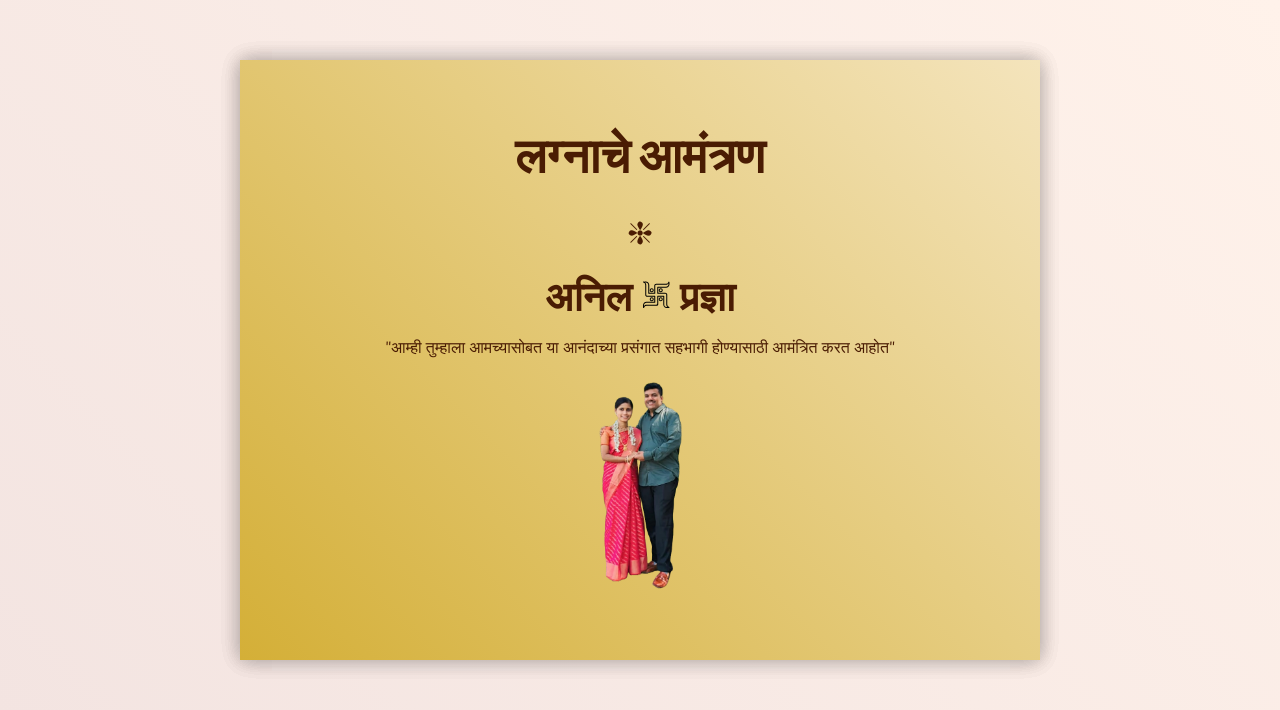
Repository: abhibkop27/finalwedding
Page: index.html
The author's editor kept a copy of each file at every save. The page is drawn from the files as they stood at one save, then again after the next save.
The browser window is 1280 px wide. The pictures show the whole page.

Above is the page before, as saved 2025-02-18 13:00:44.

### index.html
<!DOCTYPE html>
<html lang="mr">
<head>
    <meta charset="UTF-8">
    <meta name="viewport" content="width=device-width, initial-scale=1.0">
    <title>लग्नाची आमंत्रण</title>
    <link rel="stylesheet" href="style.css">
    <link href="https://fonts.googleapis.com/css2?family=Great+Vibes&family=Lora:ital@1&display=swap" rel="stylesheet">
</head>
<body>
    <div class="book">

        <div class="page cover active">
            <div class="content">
                <h1>लग्नाचे आमंत्रण</h1>
                <div class="ornament">❈</div>
                <h2 class="main-name">अनिल <img class="main-name" src="./asstes/pics/swastik.svg" alt="" style="height: 2rem;"> प्रज्ञा </h2>
                <p>"आम्ही तुम्हाला आमच्यासोबत या आनंदाच्या प्रसंगात सहभागी होण्यासाठी आमंत्रित करत आहोत"</p>
                <img src="./asstes/pics/Adobe Express - file.png" alt="वेडिंग" style="height: 14rem;">
            </div>
        </div>

        <div class="page">
            <div class="content">
                <h2>लग्न समारंभ</h2>
                <p class="date">२० फेब्रुवारी, २०२५</p>
                <p class="time">१२:२१ पीएम पासून</p>
                <div class="venue">
                    <h3>स्थळ</h3>
                    <p>रेशिमगाठी सांस्कृतिक भवन</p>
                    <a href="https://maps.app.goo.gl/dHfJvonCVZ4RNg2w9" target="_blank" class="map-link">स्थान पाहा</a>
                </div>
            </div>
        </div>

        <div class="page">
            <div class="content">
                <h2>आशीर्वादासह</h2>
                <div class="family-details">
                    <div class="family-grid">
                        <div class="family-section">
                            <h3>वराचे पालक</h3>
                            <p class="elder-name">श्री लक्ष्मण पारगोंडा देवकी</p>
                            <p class="elder-name">श्रीमती बासलिंग्वा लक्ष्मण देवकी</p>
                            <p class="relation">(वराचे पालक)</p>
                        </div>
                        <div class="ornament">❈</div>

                        <div class="family-section">
                            <h3>मुलीचे पालक</h3>
                            <p class="elder-name">श्री संजय काशिनाथ घाटे</p>
                            <p class="elder-name">श्रीमती देविका संजय घाटे</p>
                            <p class="relation">(मुलीचे पालक)</p>
                        </div>
                    </div>
                </div>
            </div>
        </div>

        <div class="page">
            <div class="content">
                <h2>प्रेमाचा उत्सव</h2>
                <form id="rsvpForm">
                    <p>
                        "आमच्या कुटुंबांच्या आशीर्वादाने,
आम्ही आपल्याला आमच्या लग्नाच्या उत्सवात सहभागी होण्यासाठी आमंत्रित करत आहोत.
तुमची उपस्थिती हेच आमचे सर्वात मोठे आशीर्वाद असेल.
आम्ही तुमच्या प्रेम आणि आशीर्वादाची अपेक्षा करत आहोत."
                    </p>
                </form>
            </div>
        </div>
    </div>

</body>
</html>

### style.css
@font-face {
    font-family: 'zilla';
    src: url('./asstes/fonts/Zilla_Slab/ZillaSlab-SemiBold.ttf') format('truetype');
  }

  .main-name{
    font-family: 'zilla';
  }



body {
    margin: 0;
    padding: 0;
    min-height: 100vh;
    display: flex;
    justify-content: center;
    align-items: center;
    background: linear-gradient(45deg, #f3e4e1, #fff2ea);
    font-family: 'Lora', serif;
    scroll-behavior: smooth;
}

.book {
    width: 90%;
    max-width: 800px;
    height: 600px;
    position: relative;
    perspective: 1500px;
}

.page {
    position: absolute;
    width: 100%;
    height: 100%;
    background: #fff;
    transform-origin: left;
    transition: transform 0.6s, opacity 0.6s;
    box-shadow: 0 0 20px rgba(0,0,0,0.1);
    padding: 20px;
    box-sizing: border-box;
    /* opacity: 0; */
    pointer-events: none;
}

.page.active {
    opacity: 1;
    pointer-events: all;
    z-index: 1;
}

.cover {
    background: linear-gradient(45deg, #d4af37, #f4e4bc);
    color: #4a1c03;
}

.content {
    padding: 20px;
    text-align: center;
}

h1 {
    font-family: 'Great Vibes', cursive;
    font-size: 3em;
    color: #4a1c03;
    margin-bottom: 20px;
}

h2 {
    font-family: 'Great Vibes', cursive;
    font-size: 2.5em;
    color: #4a1c03;
    margin: 15px 0;
}

.ornament {
    font-size: 2em;
    color: #4a1c03;
    margin: 20px 0;
}

.date, .time {
    font-size: 1.2em;
    color: #666;
    margin: 10px 0;
}

.venue {
    margin: 30px 0;
    padding: 20px;
    border: 1px solid #d4af37;
    border-radius: 10px;
}

.map-link {
    display: inline-block;
    margin-top: 15px;
    padding: 10px 20px;
    background: #d4af37;
    color: white;
    text-decoration: none;
    border-radius: 5px;
    transition: background 0.3s;
}

.map-link:hover {
    background: #b38f28;
}

.events {
    display: flex;
    flex-direction: column;
    gap: 20px;
}

.event {
    padding: 15px;
    border: 1px solid #d4af37;
    border-radius: 8px;
}

form {
    display: flex;
    flex-direction: column;
    gap: 15px;
    max-width: 300px;
    margin: 0 auto;
}

input {
    padding: 10px;
    border: 1px solid #d4af37;
    border-radius: 5px;
}

button {
    padding: 10px 20px;
    background: #d4af37;
    color: white;
    border: none;
    border-radius: 5px;
    cursor: pointer;
    transition: background 0.3s;
}

button:hover {
    background: #b38f28;
}

.navigation {
    position: fixed;
    bottom: 20px;
    left: 50%;
    transform: translateX(-50%);
    display: flex;
    gap: 20px;
    z-index: 2;
}

.nav-button {
    padding: 10px 20px;
    background: #d4af37;
    color: white;
    border: none;
    border-radius: 5px;
    cursor: pointer;
    transition: background 0.3s;
}

.nav-button:disabled {
    background: #ccc;
    cursor: not-allowed;
}

@media (max-width: 768px) {
    body {
        align-items: flex-start;
        padding: 20px 0;
        background-attachment: fixed;
    }

    .book {
        height: auto;
        perspective: none;
        display: flex;
        flex-direction: column;
        gap: 30px;
        padding-bottom: 80px;
    }

    .page {
        position: relative;
        height: auto;
        min-height: 500px;
        opacity: 1;
        pointer-events: all;
        transform: none !important;
        transition: none;
    }







    .page.active {
        opacity: 1;
        box-shadow: 0 0 30px rgba(0,0,0,0.2);
    }

    .navigation {
        position: fixed;
        bottom: 20px;
        background: rgba(255, 255, 255, 0.9);
        padding: 10px;
        border-radius: 10px;
        box-shadow: 0 2px 10px rgba(0,0,0,0.1);
    }

    .content {
        padding: 30px 20px;
    }

    h1 {
        font-size: 2.5em;
    }

    h2 {
        font-size: 2em;
    }
}

After the next save:
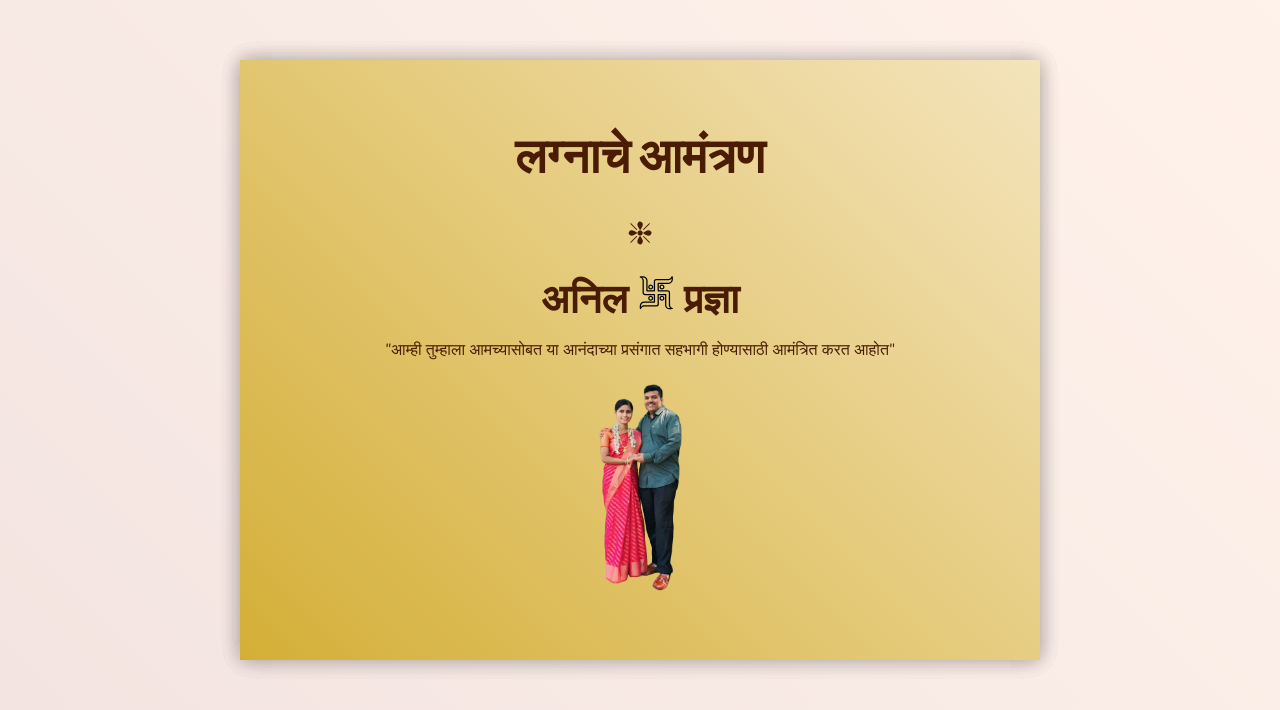
Saved 8 s later.
--- a/index.html
+++ b/index.html
@@ -14,7 +14,7 @@
             <div class="content">
                 <h1>लग्नाचे आमंत्रण</h1>
                 <div class="ornament">❈</div>
-                <h2 class="main-name">अनिल <img class="main-name" src="./asstes/pics/swastik.svg" alt="" style="height: 2rem;"> प्रज्ञा </h2>
+                <h2 class="main-name">अनिल <img class="main-name" src="./asstes/pics/swastik.svg" alt="" style="height: 2.5rem;"> प्रज्ञा </h2>
                 <p>"आम्ही तुम्हाला आमच्यासोबत या आनंदाच्या प्रसंगात सहभागी होण्यासाठी आमंत्रित करत आहोत"</p>
                 <img src="./asstes/pics/Adobe Express - file.png" alt="वेडिंग" style="height: 14rem;">
             </div>
